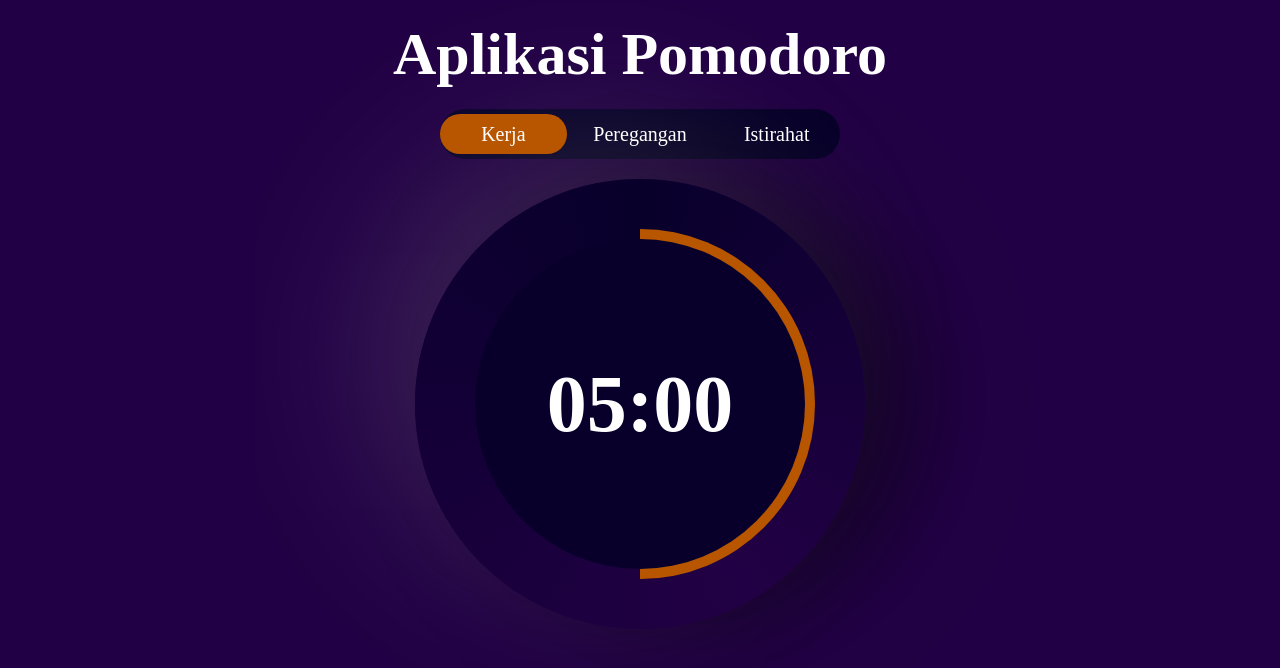
Repository: sellayspy/aplikasiPomodoro
Page: /
An editor plug-in stored every save of this project. The page is shown before and after the next save, followed by the edit.
The browser window is 1280 px wide. The pictures show the whole page.
The project was rebuilt for these pictures with package versions that can differ from the ones it lists, and the page was loaded fresh each time. Also part of the build but not shown: vite.config.js.

Above is the page before, as saved 2024-11-25 14:20:12.

After the next save:
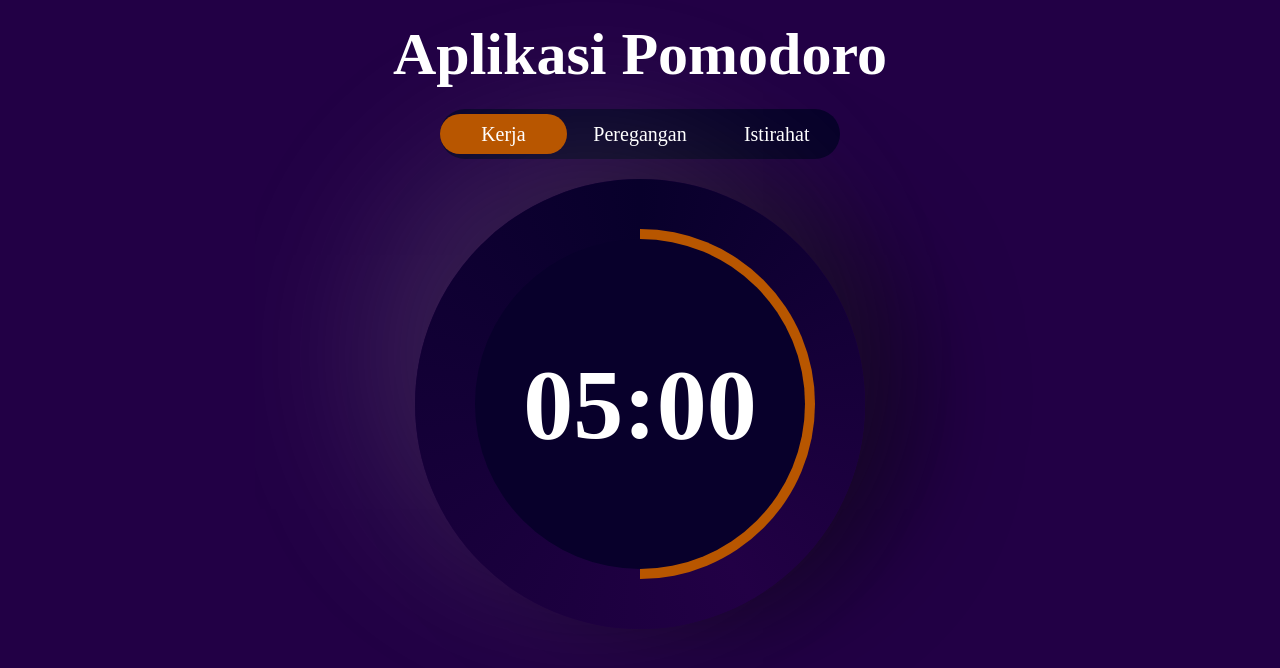
Saved 17 s later.
--- a/src/components/Waktu.jsx
+++ b/src/components/Waktu.jsx
@@ -11,5 +11,5 @@ const Waktu = () => {
 export default Waktu;
 const ClockContainer = styled.div``;
 const TimerText = styled.h3`
-  font-size: 8rem;
+  font-size: 10rem;
 `;
